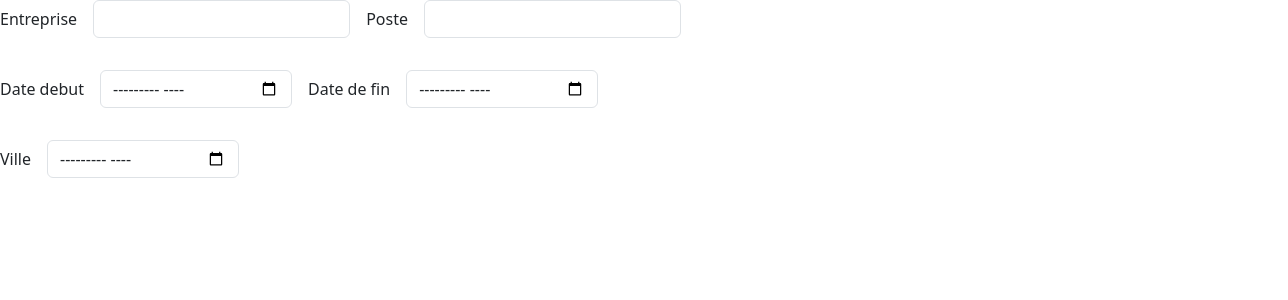
Repository: moAllElite/Examen-EJB-WEB-EAR
Page: http://localhost/SearchJobsWeb/views/exp_form_skills/main.jsp
An editor plug-in stored every save of this project. The page is shown before and after the next save, followed by the edit.
The browser window is 1280 px wide. The page is 1288 px wide, so the pictures cover 1288 px, including what lies to the right of the window. The pictures show the whole page.
The page is served by Tomcat 9. Nobody is signed in. The application's start-up code is not run.

Above is the page before, as saved 2023-03-25 22:16:15.

After the next save:
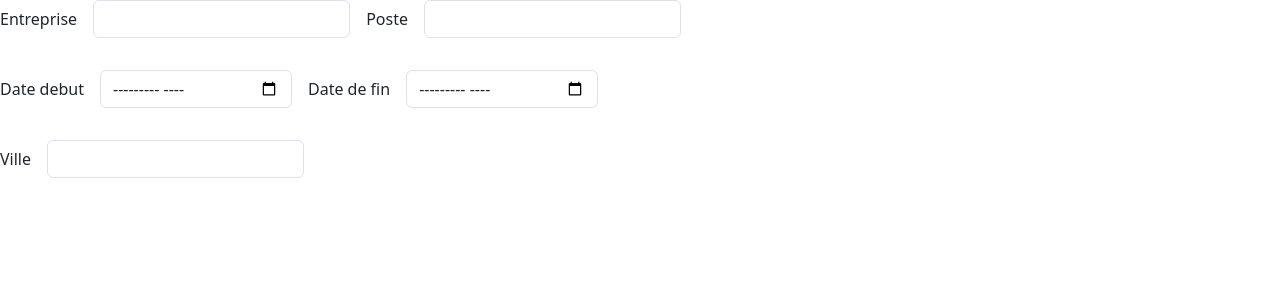
Saved 4 s later.
--- a/SearchJobsWeb/src/main/webapp/views/exp_form_skills/main.jsp
+++ b/SearchJobsWeb/src/main/webapp/views/exp_form_skills/main.jsp
@@ -45,7 +45,7 @@
 	        <label for="inputPassword6" class="col-form-label">Ville</label>
 	      </div>
 	      <div class="col-auto">
-	        <input type="month" name="ville"  class="form-control" required="required"  aria-describedby="addon-wrapping">
+	        <input type="text" name="ville"  class="form-control" required="required"  aria-describedby="addon-wrapping">
 	      </div>
 	      </div>
 	  </div>
